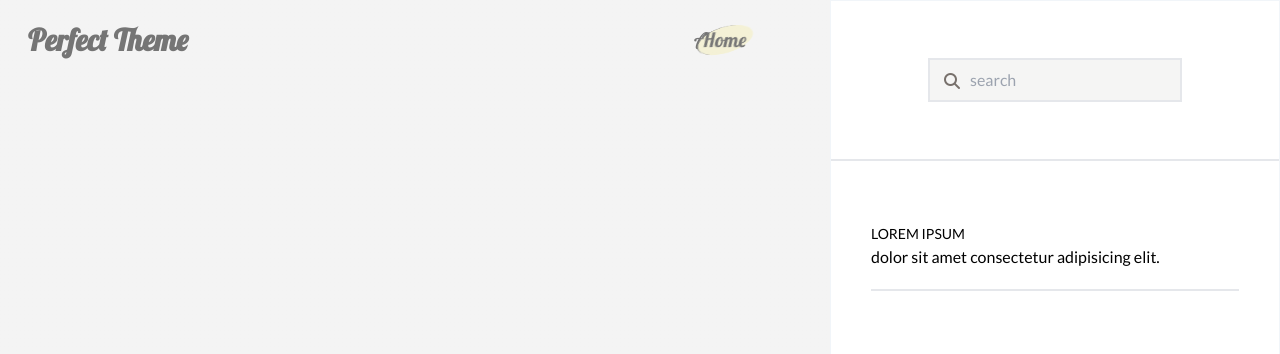
Repository: hsumyatm7308/laravel-blog
Page: blogweb/resources/views/blog/headerlayout.html
An editor plug-in stored every save of this project. The page is shown before and after the next save, followed by the edit.
The browser window is 1280 px wide. The pictures show the whole page.
Some web libraries are served in a nearby version.

Above is the page before, as saved 2023-09-04 19:17:26.

After the next save:
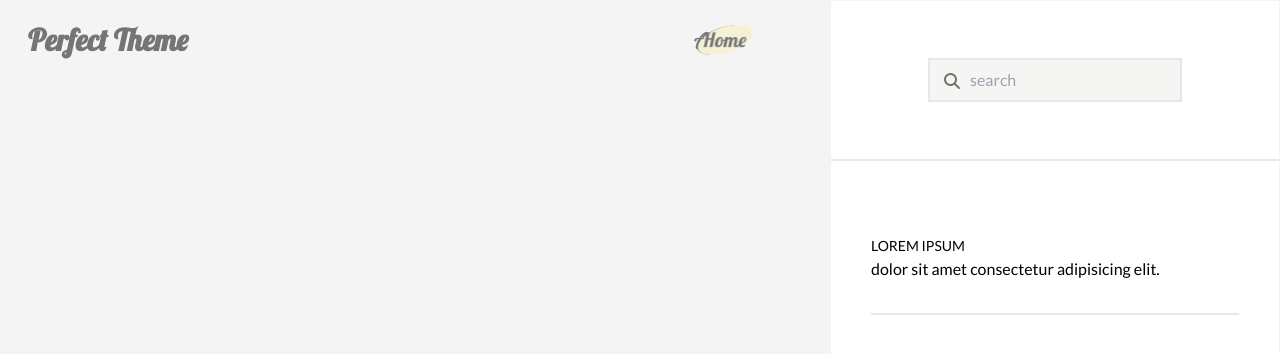
Saved 15 s later.
--- a/blogweb/resources/views/blog/headerlayout.html
+++ b/blogweb/resources/views/blog/headerlayout.html
@@ -143,7 +143,7 @@
 
             <div>
                 <div class="p-10">
-                    <li class="list-none border-b-2 py-5">
+                    <li class="list-none border-b-2 py-8">
                         <a href="" class="uppercase text-sm">Lorem ipsum</a>
                         <p>dolor sit amet consectetur adipisicing elit.</p>
 
